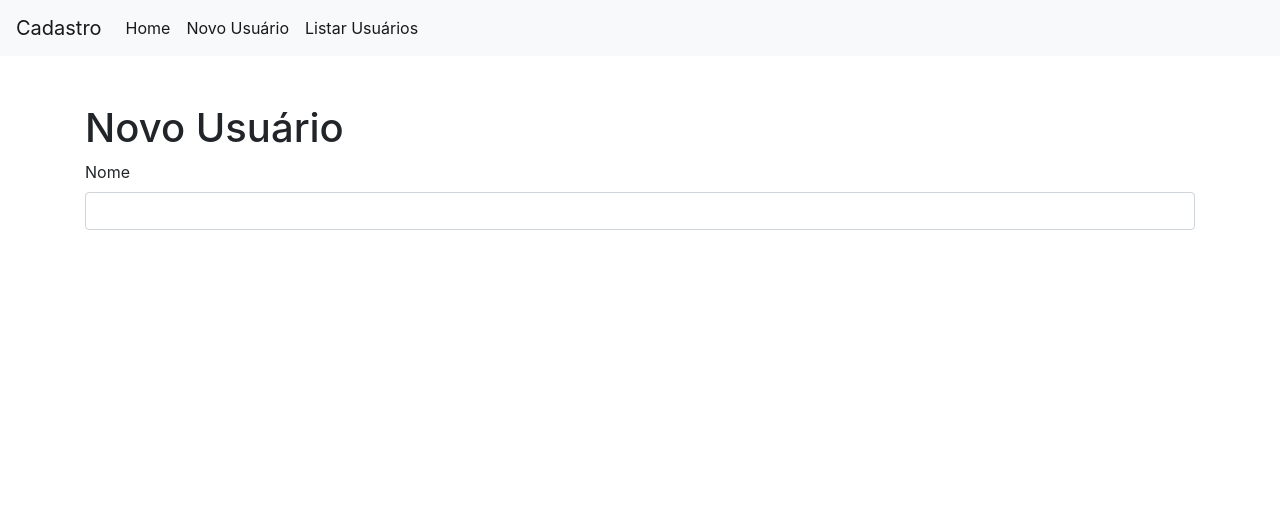
Repository: stefanosousaa/crud-php
Page: http://localhost/?page=novo
These files come from the project's save history. The page is drawn as it stood at one moment and after the next save; the edit follows.
The browser window is 1280 px wide. The pictures show the whole page.
The page is run by PHP 8.4 with error messages shown; the project is at /var/www/html/.

Above is the page before, as saved 2023-05-24 21:58:18.

### index.php
<!DOCTYPE html>
<html lang="pt-br">
  <head>
    <!-- Meta tags Obrigatórias -->
    <meta charset="utf-8">
    <meta name="viewport" content="width=device-width, initial-scale=1, shrink-to-fit=no">

    <!-- Bootstrap CSS -->
    <link rel="stylesheet" href="https://stackpath.bootstrapcdn.com/bootstrap/4.1.3/css/bootstrap.min.css" integrity="sha384-MCw98/SFnGE8fJT3GXwEOngsV7Zt27NXFoaoApmYm81iuXoPkFOJwJ8ERdknLPMO" crossorigin="anonymous">

    <title>Olá, mundo!</title>
  </head>
  <body>
  <nav class="navbar navbar-expand-lg navbar-light bg-light">
  <a class="navbar-brand" href="#">Cadastro</a>
  <button class="navbar-toggler" type="button" data-toggle="collapse" data-target="#navbarNav" aria-controls="navbarNav" aria-expanded="false" aria-label="Alterna navegação">
    <span class="navbar-toggler-icon"></span>
  </button>
  <div class="collapse navbar-collapse" id="navbarNav">
    <ul class="navbar-nav">
    <li class="nav-item active">
        <a class="nav-link" href="index.php">Home </a>
      </li>
      <li class="nav-item active">
        <a class="nav-link" href="?page=novo">Novo Usuário </a>
      </li>
      <li class="nav-item active">
        <a class="nav-link" href="?page=listar">Listar Usuários</a>
      </li>

    </ul>
  </div>
</nav>

<div class="container">
    <div class="row">
       <div class="col mt-5">
    <?php
    include("config.php");
    switch(@$_REQUEST["page"]){
       case "novo" :
        include("novo-usuario.php");
        break;
       case "listar" :
        include("listar-usuario.php");
        break;
       default:
        print "<h1> Bem vindos!</h1>";
    }

?>
       </div>
    </div>
</div>




    <!-- JavaScript (Opcional) -->
    <!-- jQuery primeiro, depois Popper.js, depois Bootstrap JS -->
    <script src="https://code.jquery.com/jquery-3.3.1.slim.min.js" integrity="sha384-q8i/X+965DzO0rT7abK41JStQIAqVgRVzpbzo5smXKp4YfRvH+8abtTE1Pi6jizo" crossorigin="anonymous"></script>
    <script src="https://cdnjs.cloudflare.com/ajax/libs/popper.js/1.14.3/umd/popper.min.js" integrity="sha384-ZMP7rVo3mIykV+2+9J3UJ46jBk0WLaUAdn689aCwoqbBJiSnjAK/l8WvCWPIPm49" crossorigin="anonymous"></script>
    <script src="https://stackpath.bootstrapcdn.com/bootstrap/4.1.3/js/bootstrap.min.js" integrity="sha384-ChfqqxuZUCnJSK3+MXmPNIyE6ZbWh2IMqE241rYiqJxyMiZ6OW/JmZQ5stwEULTy" crossorigin="anonymous"></script>
  </body>
</html>

### config.php
<?php
   define('HOST' , 'localhost');
   define('USER' , 'root');
   define('PASS' , '');
   define('BASE' , 'cadastro');

   $conn = new MySQLi(HOST,USER,PASS,BASE);

### novo-usuario.php
<h1>Novo Usuário</h1>
<form>
    <div class="mb-3">
        <label>Nome</label>
        <input type="text" name="nome"class="form-control"/>

    </div>
</form>

After the next save:
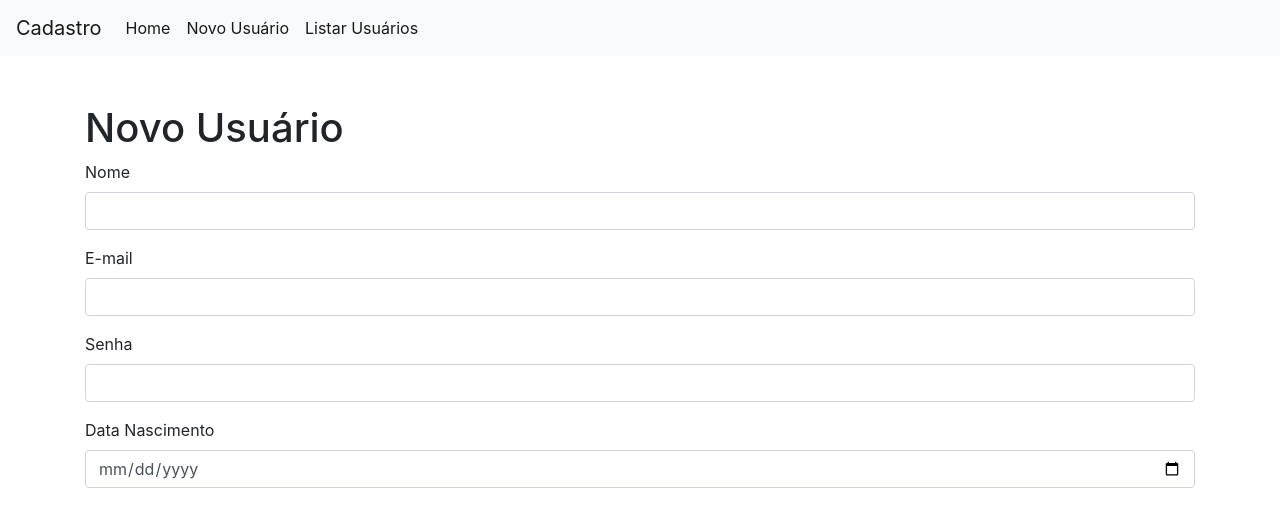
Saved 2 min 55 s later.
--- a/novo-usuario.php
+++ b/novo-usuario.php
@@ -3,6 +3,17 @@
     <div class="mb-3">
         <label>Nome</label>
         <input type="text" name="nome"class="form-control"/>
-
+    </div>
+    <div class="mb-3">
+        <label>E-mail</label>
+        <input type="email" name="email"class="form-control"/>
+    </div>
+    <div class="mb-3">
+        <label>Senha</label>
+        <input type="password" name="senha"class="form-control"/>
+    </div>
+    <div class="mb-3">
+        <label>Data Nascimento</label>
+        <input type="date" name="data_nasc"class="form-control"/>
     </div>
 </form>
